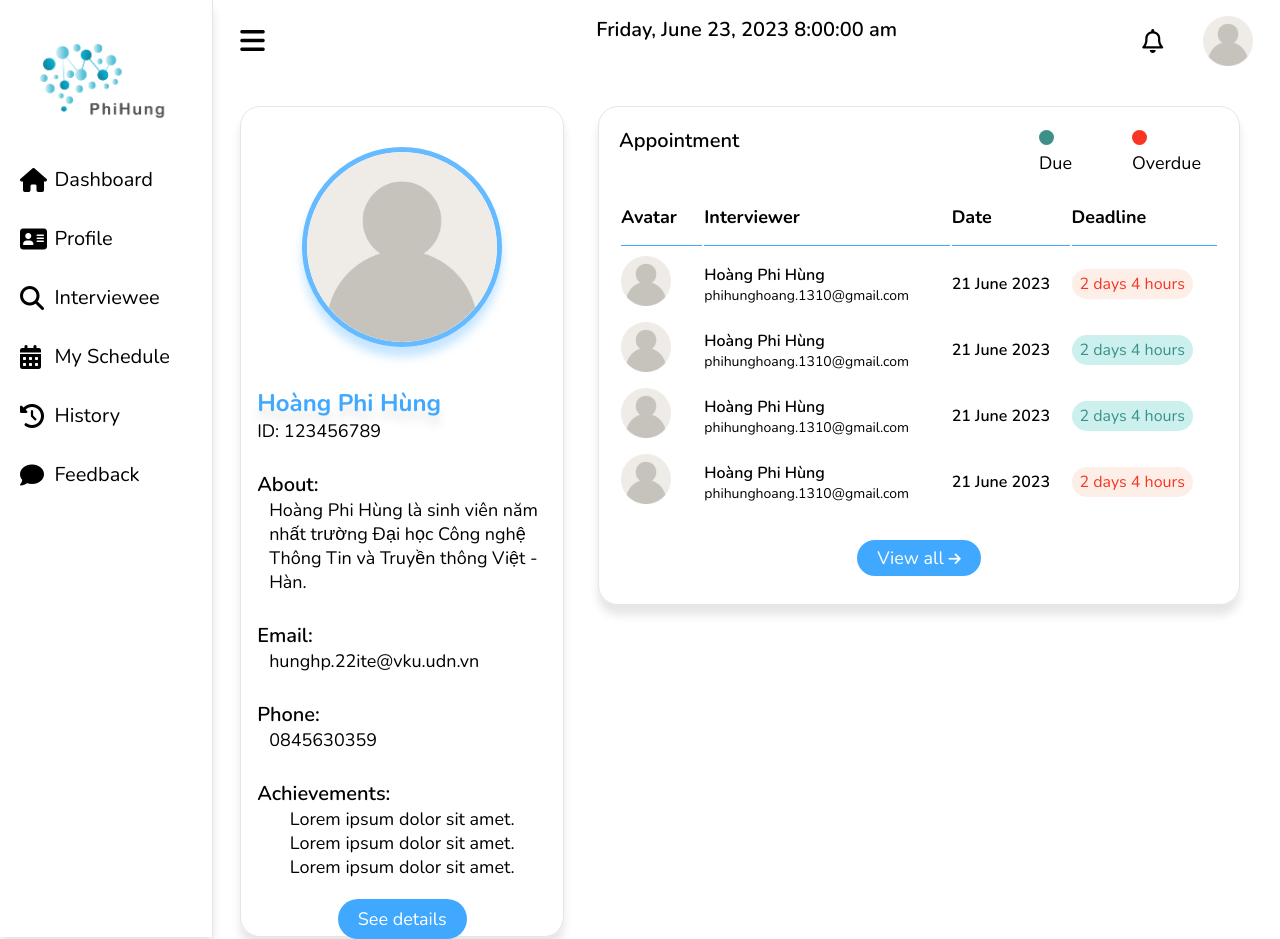
Repository: hphihungit/InterviewService
Page: interviewee.html
These files come from the project's save history. The page is drawn as it stood at one moment and after the next save; the edit follows.
The browser window is 1280 px wide. The pictures show the whole page.

Above is the page before, as saved 2023-06-01 01:42:29.

After the next save:
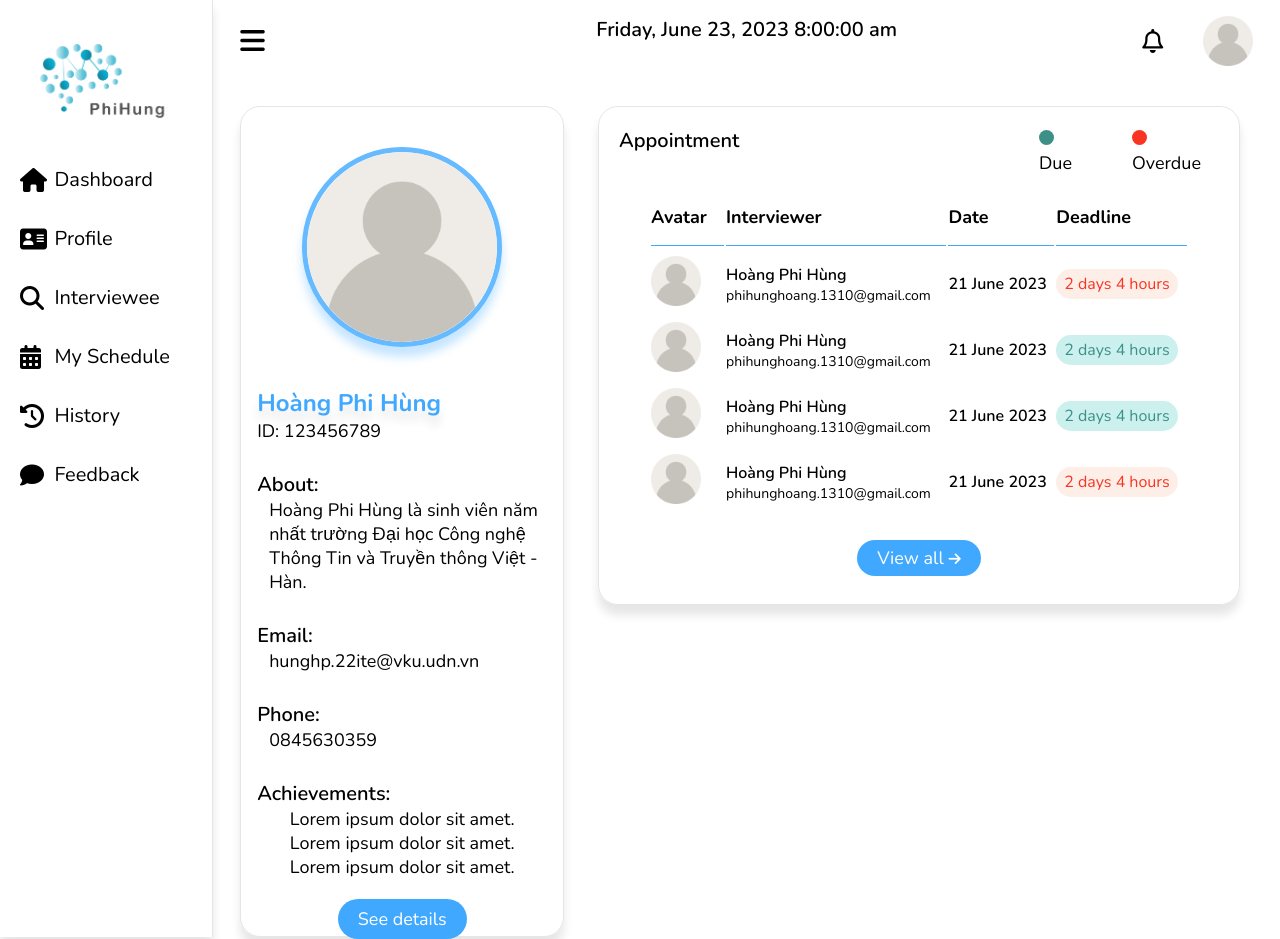
Saved 20 s later.
--- a/assets/css/interviewee.css
+++ b/assets/css/interviewee.css
@@ -254,7 +254,8 @@
 }
 
 table {
-    width: 100%;
+    width: 90%;
+    margin: 0 auto;
     margin-top: 28px;
 }
 

After the save that followed:
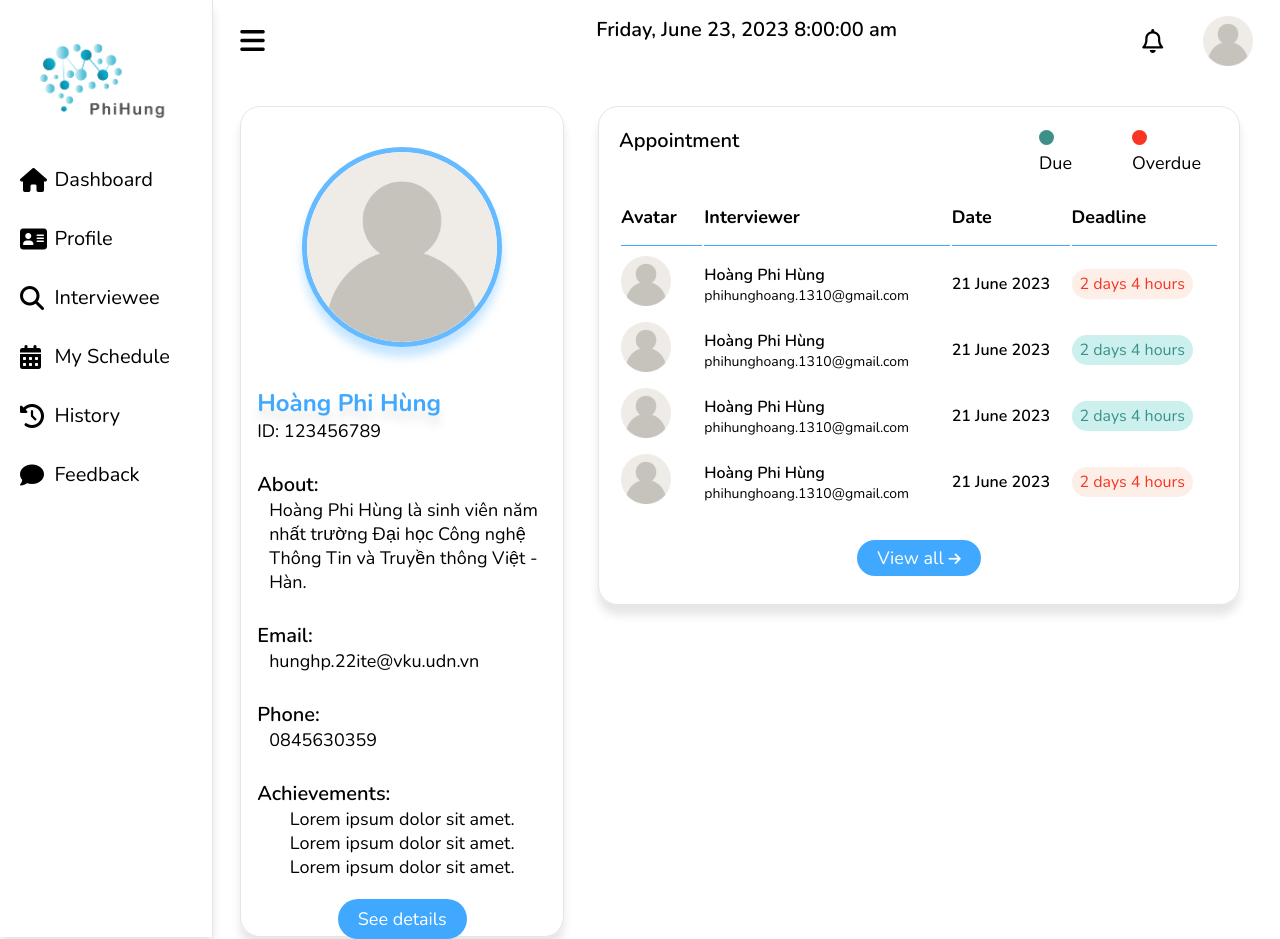
Saved 10 s later.
--- a/assets/css/interviewee.css
+++ b/assets/css/interviewee.css
@@ -254,8 +254,7 @@
 }
 
 table {
-    width: 90%;
-    margin: 0 auto;
+    width: 100%;
     margin-top: 28px;
 }
 
